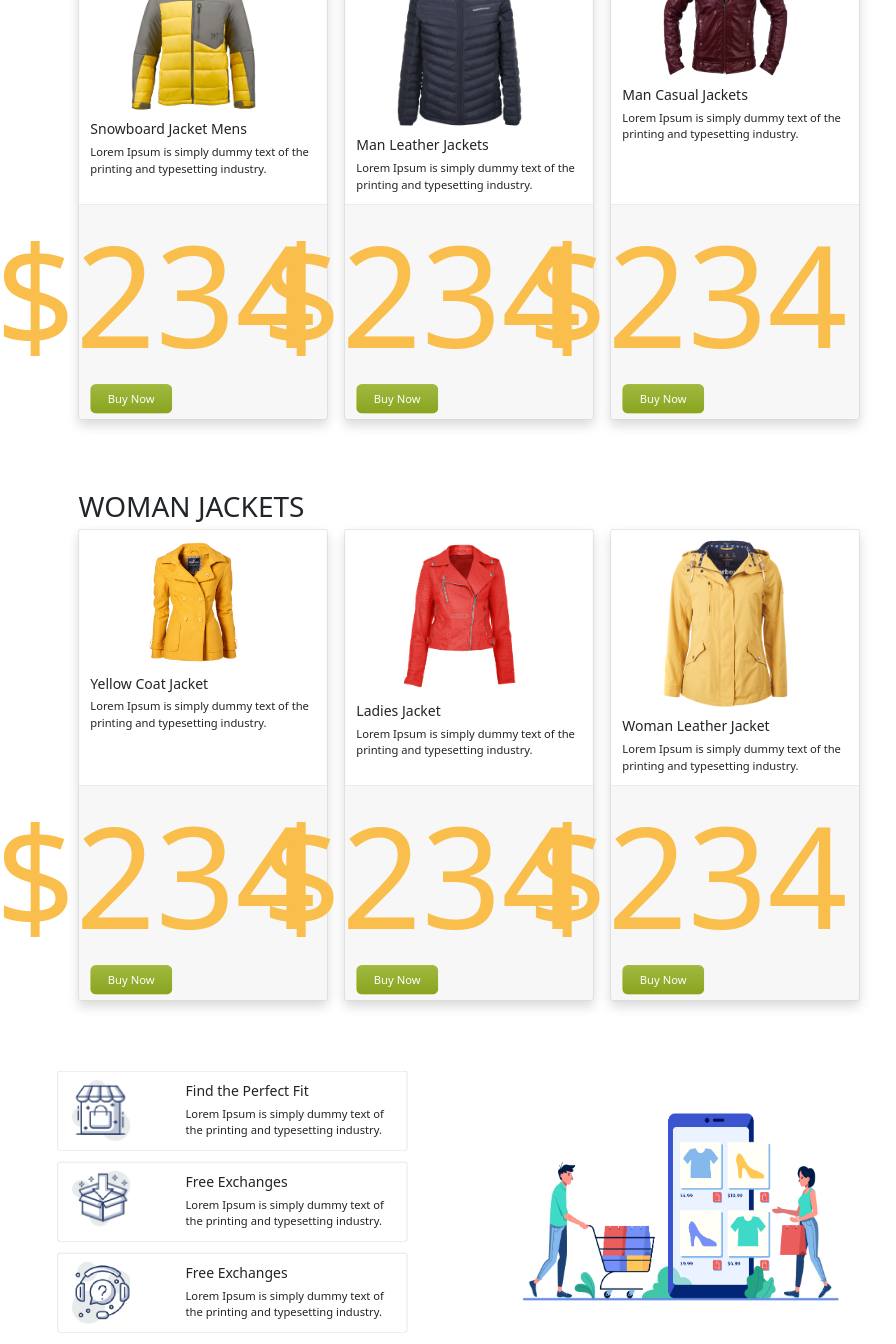
Repository: sabbircse3/fashion
Page: index.html
An editor plug-in stored every save of this project. The page is shown before and after a run of saves, followed by the edit.
The browser window is 1280 px wide. The pictures show the part of the page from y = 714 to 2634 px (the page is 2634 px tall before and 2394 px after), at 70% of full size.

Above is the page before, as saved 2021-01-14 04:15:47.

After the next 2 saves:
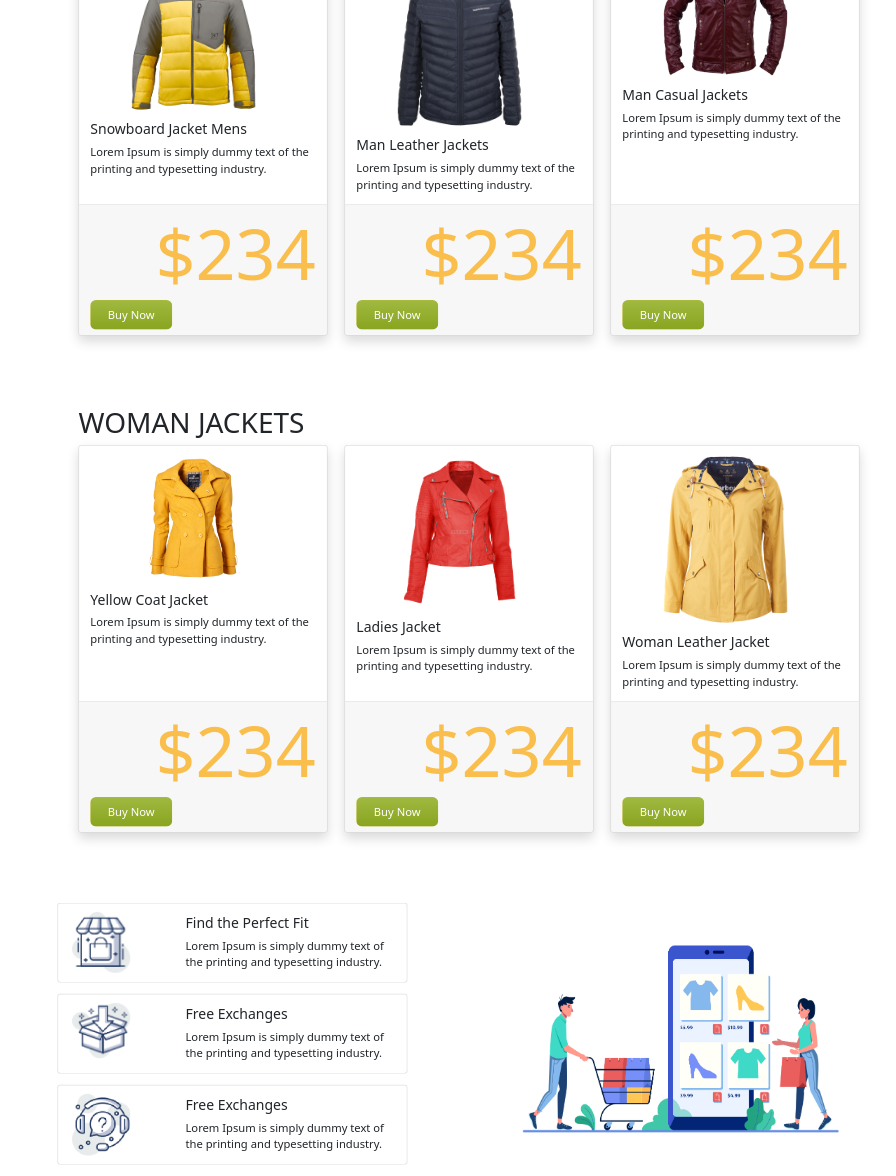
The 2 saves are shown as one change because they came seconds apart.
The last was saved 6 s later.
--- a/index.html
+++ b/index.html
@@ -73,7 +73,7 @@
 h4{
     position: relative;
     float: right;
-    font-size: 200px;
+    font-size: 100px;
     color: #FABE4C;
 }
 
